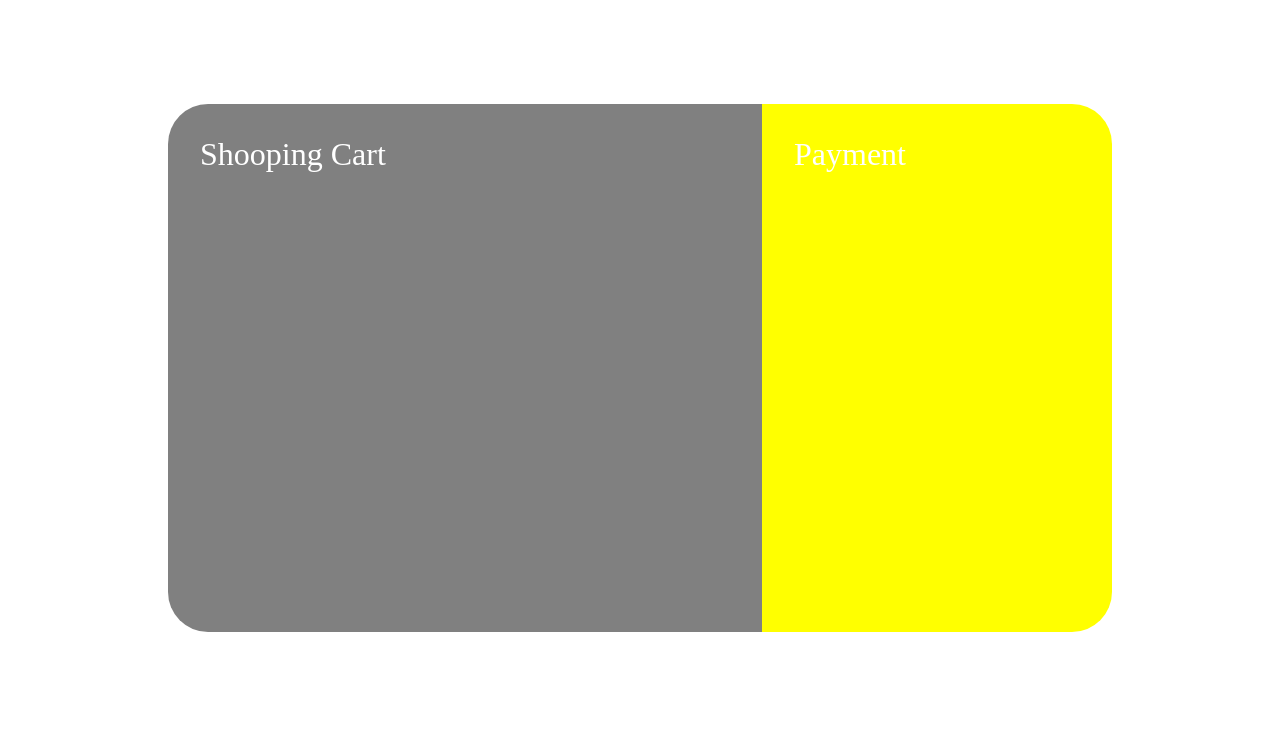
Repository: NDBaoFE/pizza-ordering-hiep
Page: /checkout
An editor plug-in stored every save of this project. The page is shown before and after the next save, followed by the edit.
The browser window is 1280 px wide. The pictures show the whole page.
The project was rebuilt for these pictures with package versions that can differ from the ones it lists, and the page was loaded fresh each time.

Above is the page before, as saved 2022-08-27 21:56:07.

### public/index.html
<!DOCTYPE html>
<html lang="en">
  <head>
    <meta charset="utf-8" />
    <link rel="icon" href="%PUBLIC_URL%/avatar.png" />
    <meta name="viewport" content="width=device-width, initial-scale=1" />
    <meta name="theme-color" content="#000000" />
    <link rel="apple-touch-icon" href="%PUBLIC_URL%/avatar.png" />
    <title>Pizza Ordering</title>
  </head>
  <body>
    <noscript>You need to enable JavaScript to run this app.</noscript>
    <div id="root"></div>
  </body>
</html>

### src/App.js
import RouterComponent from './router'

function App() {
  return <>{RouterComponent}</>
}

export default App

### src/router/index.js
import { BrowserRouter, Routes, Route } from 'react-router-dom'
import Checkout from '../pages/Checkout'

const privateRoutes = [{ name: 'checkout', path: '/checkout', element: <Checkout /> }]

const RouterComponent = (
  <BrowserRouter>
    <Routes>
      {privateRoutes.map((route) => (
        <Route key={route.name} path={route.path} element={route.element} />
      ))}
    </Routes>
  </BrowserRouter>
)

export default RouterComponent

### src/pages/Checkout/index.jsx
import React from 'react'
import * as Styled from './Checkout.styled'

const Checkout = (props) => {
  return (
    <Styled.Background>
      <Styled.Cart>
        <Styled.Header>Shooping Cart</Styled.Header>
      </Styled.Cart>
      <Styled.Payment>
        <Styled.Header>Payment</Styled.Header>
      </Styled.Payment>
    </Styled.Background>
  )
}

Checkout.propTypes = {}

export default Checkout

### src/pages/Checkout/Checkout.styled.js
import styled from 'styled-components'

export const Background = styled.div`
  box-sizing: border-box;
  width: 100%;
  height: 100vh;
  padding: 6rem 10rem;
  display: flex;
  overflow-y: hidden;
`
export const Cart = styled.div`
  padding: 2rem;
  display: block;
  background-color: gray;
  flex: 1;
  border-top-left-radius: 40px;
  border-bottom-left-radius: 40px;
`
export const Payment = styled.div`
  box-sizing: border-box;
  padding: 2rem;
  min-width: 350px;
  background-color: yellow;
  border-top-right-radius: 40px;
  border-bottom-right-radius: 40px;
`

export const Header = styled.header`
  font-size: 2rem;
  color: #fff;
`

Loaded but not shown: src/index.js (common file)

After the next save:
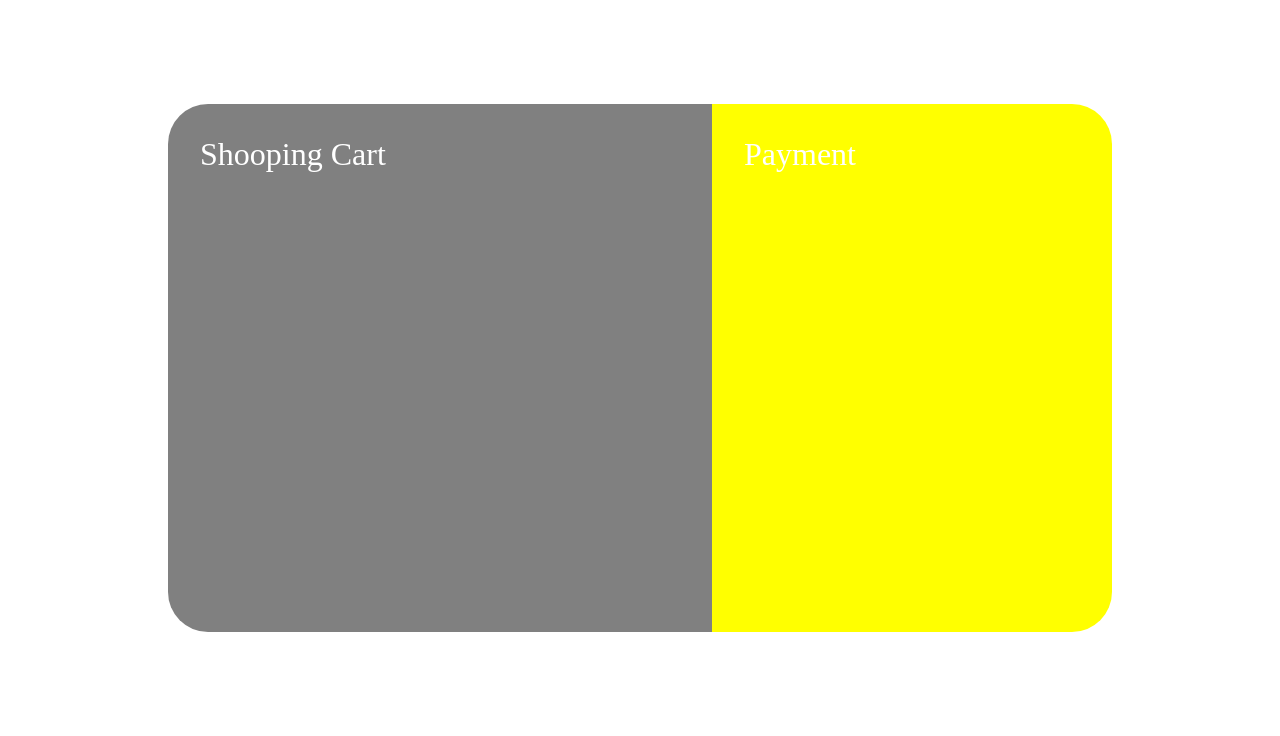
Saved 8 s later.
--- a/src/pages/Checkout/Checkout.styled.js
+++ b/src/pages/Checkout/Checkout.styled.js
@@ -19,7 +19,7 @@ export const Cart = styled.div`
 export const Payment = styled.div`
   box-sizing: border-box;
   padding: 2rem;
-  min-width: 350px;
+  min-width: 400px;
   background-color: yellow;
   border-top-right-radius: 40px;
   border-bottom-right-radius: 40px;
